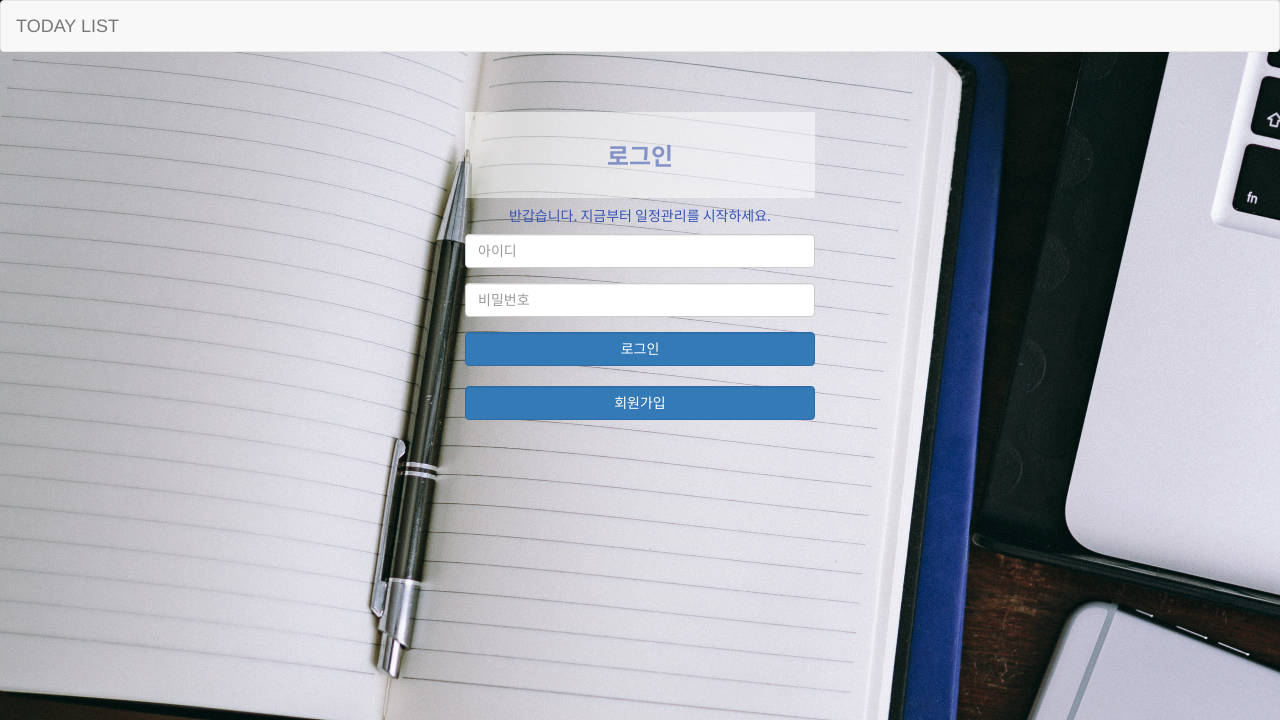
Repository: heedayday/today_list
Page: http://localhost/TODOLIST2/login.jsp
These files come from the project's save history. The page is drawn as it stood at one moment and after a run of saves; the edit follows.
The browser window is 1280 px wide. The pictures show the whole page.
The page is served by Tomcat 9.

Above is the page before, as saved 2020-11-12 18:35:45.

After the next 2 saves:
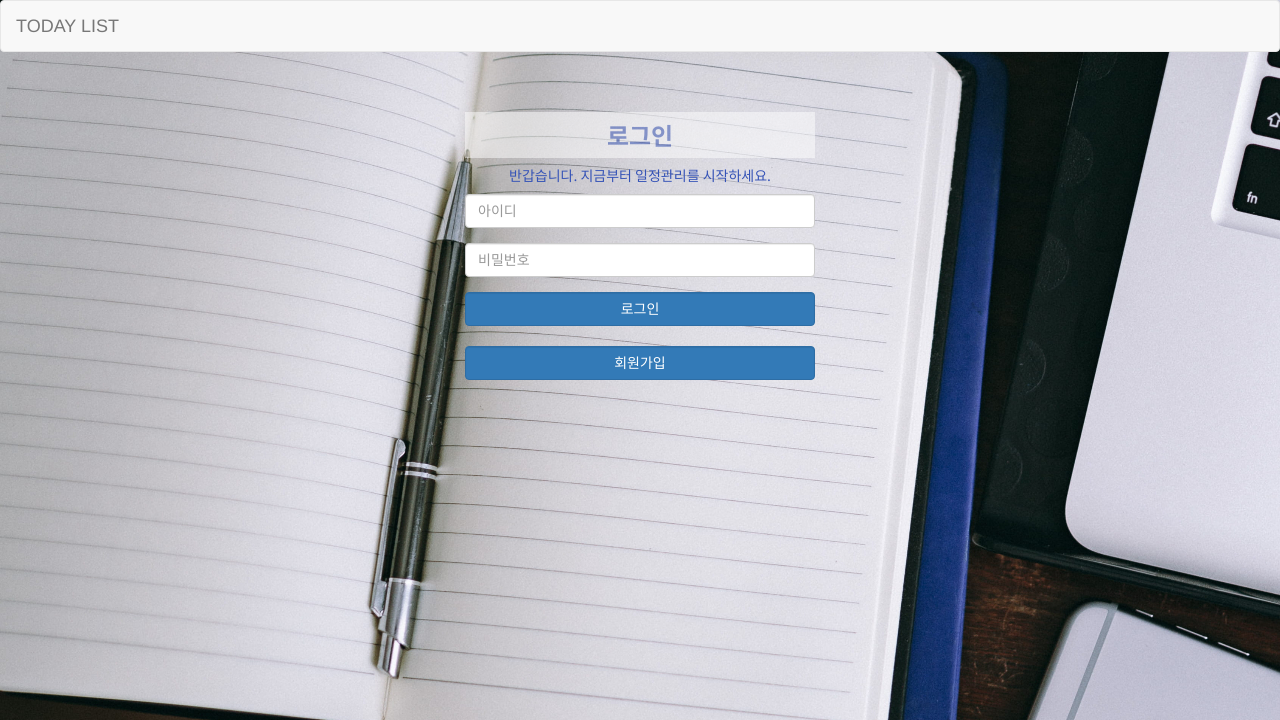
The 2 saves are shown as one change because they came seconds apart.
The last was saved 27 s later.
--- a/TODOLIST2/WebContent/login.jsp
+++ b/TODOLIST2/WebContent/login.jsp
@@ -14,7 +14,7 @@
   background-image: url("login6.jpg");
 }
 #nomal{
-        padding: 30px;
+        padding: 10px;
         font-weight: bold;
         text-align: center;
         background-color: #ffffff;

After the save that followed:
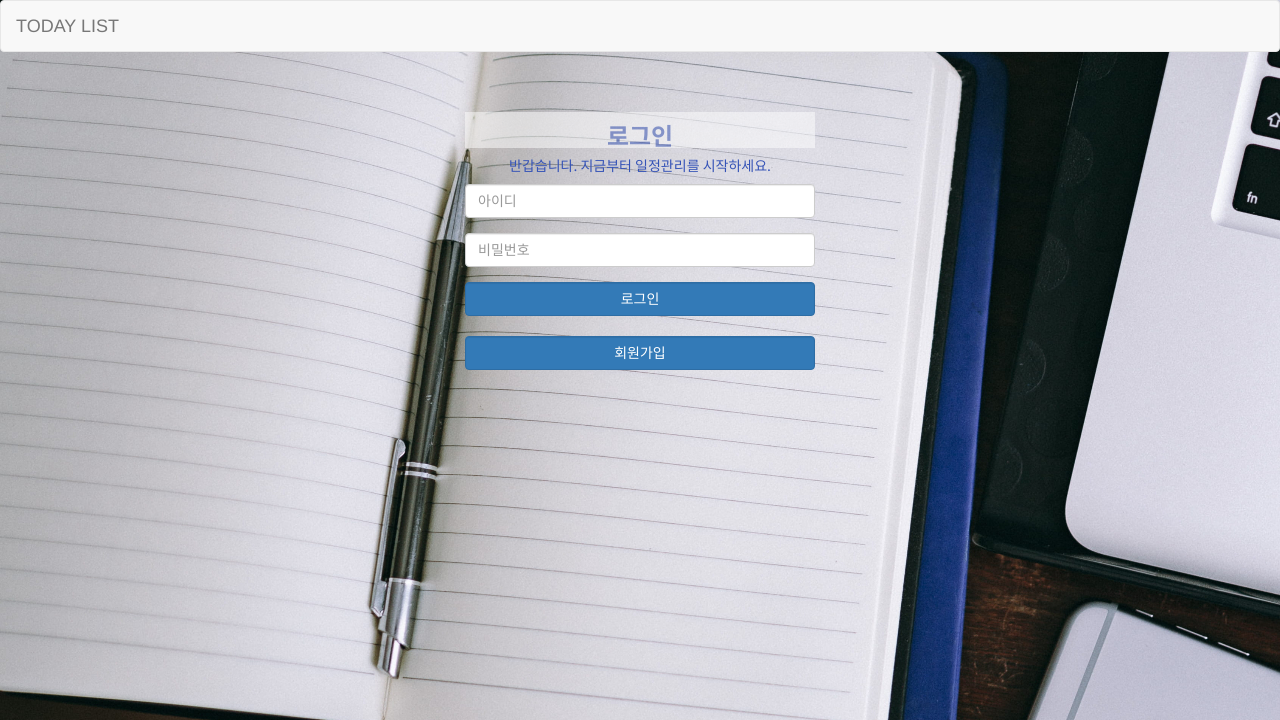
Saved 31 s later.
--- a/TODOLIST2/WebContent/login.jsp
+++ b/TODOLIST2/WebContent/login.jsp
@@ -14,7 +14,7 @@
   background-image: url("login6.jpg");
 }
 #nomal{
-        padding: 10px;
+        padding: 10px 0px 0px 0px;
         font-weight: bold;
         text-align: center;
         background-color: #ffffff;
